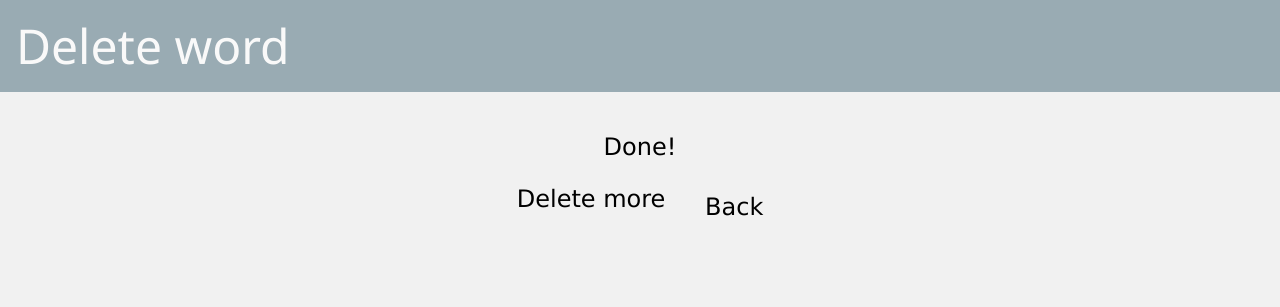
Repository: OleksandrDoskaliukKN313/IIC
Page: http://localhost/WebDictionary/deleteWord.jsp
An editor plug-in stored every save of this project. The page is shown before and after the next save, followed by the edit.
The browser window is 1280 px wide. The pictures show the whole page.
The page is served by Tomcat 9. Other server files are loaded and not shown. Queries for data that is not in the repository find no rows.

Above is the page before, as saved 2020-10-12 10:34:49.

### WebDictionary/WebContent/deleteWord.jsp
<%@ page language="java" contentType="text/html; charset=ISO-8859-1"
    pageEncoding="ISO-8859-1"%>
    <%@ page import = "database.DatabaseFacade" %>
<!DOCTYPE html>
<html>
<head>
<meta charset="ISO-8859-1">
<title>Delete word JSP</title>
<link rel="stylesheet" href="w3.css">
</head>
<body class="w3-light-grey ">
<div class="w3-container w3-blue-grey w3-opacity w3-left-align 	">
        <h1 class = "w3-xxxlarge">Delete word</h1>
    </div>
<div class = "w3-xlarge w3-container w3-center">
<%
	String en = request.getParameter("en");
	DatabaseFacade.getStatment().execute("delete from words.words where(en='"+ en + "');");
%>
<br>Done!<br>
<button class = "w3-btn w3-hover-green w3-round-large"onclick="location.href='deleteWord'">Delete more</button>
<button class="w3-btn w3-hover-red w3-round-large w3-margin-top"onclick="location.href='index.html'">Back</button>
</div>
</body>
</html>

### WebDictionary/src/database/DatabaseFacade.java
package database;


import java.sql.Connection;
import java.sql.DriverManager;
import java.sql.SQLException;
import java.sql.Statement;

public class DatabaseFacade {
	private static Statement statement=null;
	private DatabaseFacade() {
		getStatment();
	}

	public static Statement getStatment()
	{
		if(statement==null)
		{
			try
			{
				Connection connection = DriverManager.getConnection("jdbc:postgresql://localhost:5432/dictionary","postgres","1234");
				statement = connection.createStatement();
				return statement;

			} catch (SQLException e) {

				System.out.println("Connection Failure!");
				e.printStackTrace();
				return null;
			}
		}
		else return statement;

	}
}

Loaded but not shown: WebDictionary/WebContent/w3.css (library)

After the next save:
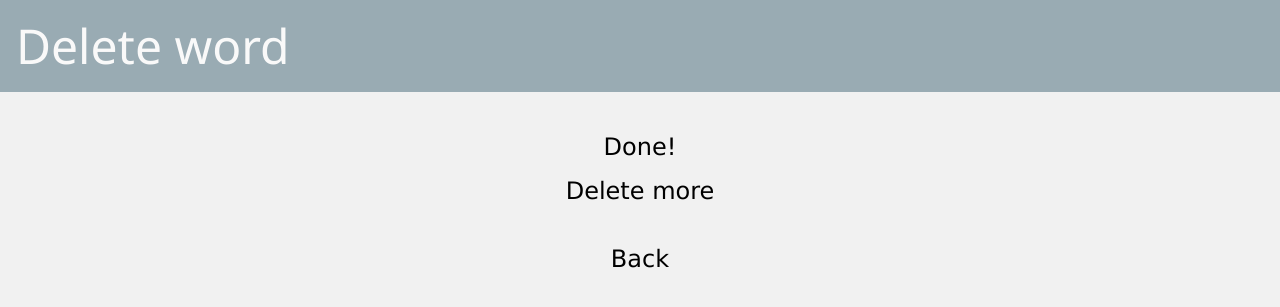
Saved 60 s later.
--- a/WebDictionary/WebContent/deleteWord.jsp
+++ b/WebDictionary/WebContent/deleteWord.jsp
@@ -18,8 +18,11 @@
 	DatabaseFacade.getStatment().execute("delete from words.words where(en='"+ en + "');");
 %>
 <br>Done!<br>
+<div class = "w3-flex">
 <button class = "w3-btn w3-hover-green w3-round-large"onclick="location.href='deleteWord'">Delete more</button>
 <button class="w3-btn w3-hover-red w3-round-large w3-margin-top"onclick="location.href='index.html'">Back</button>
 </div>
+
+</div>
 </body>
 </html>
